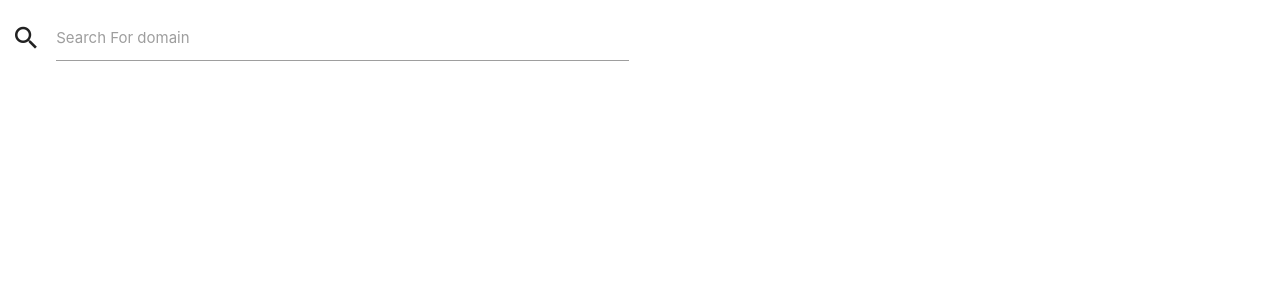
Repository: habib-urrehmaan/domain-name-searcher
Page: / (app in client/)
An editor plug-in stored every save of this project. The page is shown before and after the next save, followed by the edit.
The browser window is 1280 px wide. The pictures show the whole page.
The project was rebuilt for these pictures with package versions that can differ from the ones it lists, and the page was loaded fresh each time.

Above is the page before, as saved 2020-04-17 16:51:06.

### client/public/index.html
<!DOCTYPE html>
<html lang="en">
  <head>
    <meta charset="utf-8" />
    <link rel="icon" href="%PUBLIC_URL%/favicon.ico" />
    <meta name="viewport" content="width=device-width, initial-scale=1" />
    <meta name="theme-color" content="#000000" />
    <meta
      name="description"
      content="Web site created using create-react-app"
    />
    <link rel="apple-touch-icon" href="%PUBLIC_URL%/logo192.png" />
    <!--
      manifest.json provides metadata used when your web app is installed on a
      user's mobile device or desktop. See https://developers.google.com/web/fundamentals/web-app-manifest/
    -->
    <link rel="manifest" href="%PUBLIC_URL%/manifest.json" />
    <!--
      Notice the use of %PUBLIC_URL% in the tags above.
      It will be replaced with the URL of the `public` folder during the build.
      Only files inside the `public` folder can be referenced from the HTML.

      Unlike "/favicon.ico" or "favicon.ico", "%PUBLIC_URL%/favicon.ico" will
      work correctly both with client-side routing and a non-root public URL.
      Learn how to configure a non-root public URL by running `npm run build`.
    -->
    <link rel="stylesheet" href="https://cdnjs.cloudflare.com/ajax/libs/materialize/1.0.0/css/materialize.min.css">
    <link href="https://fonts.googleapis.com/icon?family=Material+Icons" rel="stylesheet">
     <!-- Compiled and minified JavaScript -->
     <script src="https://cdnjs.cloudflare.com/ajax/libs/materialize/1.0.0/js/materialize.min.js"></script>
    <title>React App</title>
  </head>
  <body>
    <noscript>You need to enable JavaScript to run this app.</noscript>
    <div id="root"></div>
    <!--
      This HTML file is a template.
      If you open it directly in the browser, you will see an empty page.

      You can add webfonts, meta tags, or analytics to this file.
      The build step will place the bundled scripts into the <body> tag.

      To begin the development, run `npm start` or `yarn start`.
      To create a production bundle, use `npm run build` or `yarn build`.
    -->
  </body>
</html>

### client/src/index.js
import React from 'react';
import ReactDOM from 'react-dom';
import './index.css';
import App from './App';

ReactDOM.render(
  <React.StrictMode>
    <App />
  </React.StrictMode>,
  document.getElementById('root')
);

// If you want your app to work offline and load faster, you can change
// unregister() to register() below. Note this comes with some pitfalls.
// Learn more about service workers: https://bit.ly/CRA-PWA
// serviceWorker.unregister();

### client/src/App.js
import React from 'react';
import Search from './Search';
import Output from './Output';

function App() {
  return (
    <div className="App">
      <Search/>
    </div>
  );
}

export default App;

### client/src/Search.js
import React, { Component } from 'react'
import axios from 'axios'

class Search extends Component {

    onChangeHandler(e)
    {
        axios({
            'method': 'GET',
            'url': `http://localhost:5000/domain/search?domain=${e.target.value}`,
            'ContentType':'application/json'
        }).then((response)=>{
            console.log("response=",response);
        }).catch(error=>{
            console.log(error);
        })
    }

    render() {
        return (
            <div>
                <div className="row">
                    <div className="input-field col s6">
                        <i className="material-icons prefix">search</i>
                        <input id="search" type="text" className="validate" onChange={this.onChangeHandler}/>
                        <label htmlFor="search">Search For domain</label>
                    </div>
                </div>
            </div>
        )
    }
}

export default Search;

### client/src/Output.js
import React from 'react'

export default function Output(props) {

    let {data} = props;

    return (
        <div>
            <div><b>Availability status:</b>{(data.available)?(<div><span>This Domain is available</span><br/>
            <span><b>Price:</b>{data.price}{data.currency}</span></div>):(<span>Sorry this domain is not Available</span>)}</div>

        </div>
    )
}

Loaded but not shown: client/src/index.css (common file)

After the next save:
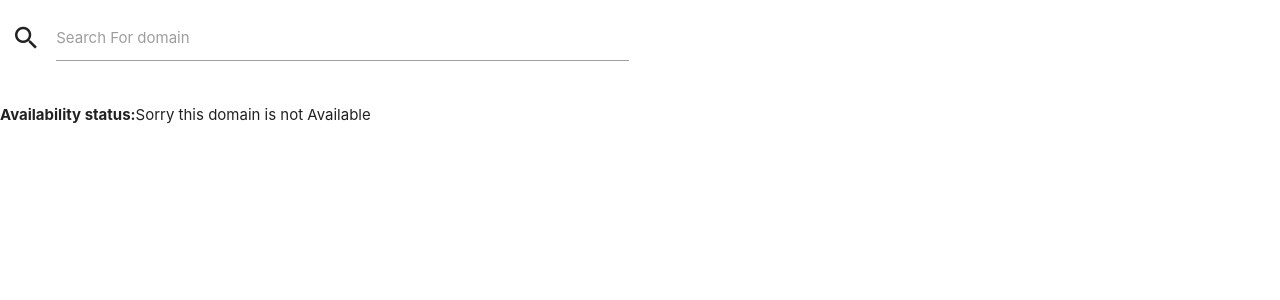
Saved 2 min 2 s later.
--- a/client/src/App.js
+++ b/client/src/App.js
@@ -2,12 +2,27 @@ import React from 'react';
 import Search from './Search';
 import Output from './Output';
 
-function App() {
-  return (
-    <div className="App">
-      <Search/>
-    </div>
-  );
+class App extends React.Component {
+
+  state = {
+    output:{}
+  }
+
+  setOutput(outputData){
+    this.setState({
+      output:outputData
+    })
+  }
+
+  render()
+  {
+    return (
+      <div className="App">
+        <Search setOutput={this.setOuput}/>
+        <Output data={this.state.output}/>
+      </div>
+    );
+  }
 }
 
 export default App;
